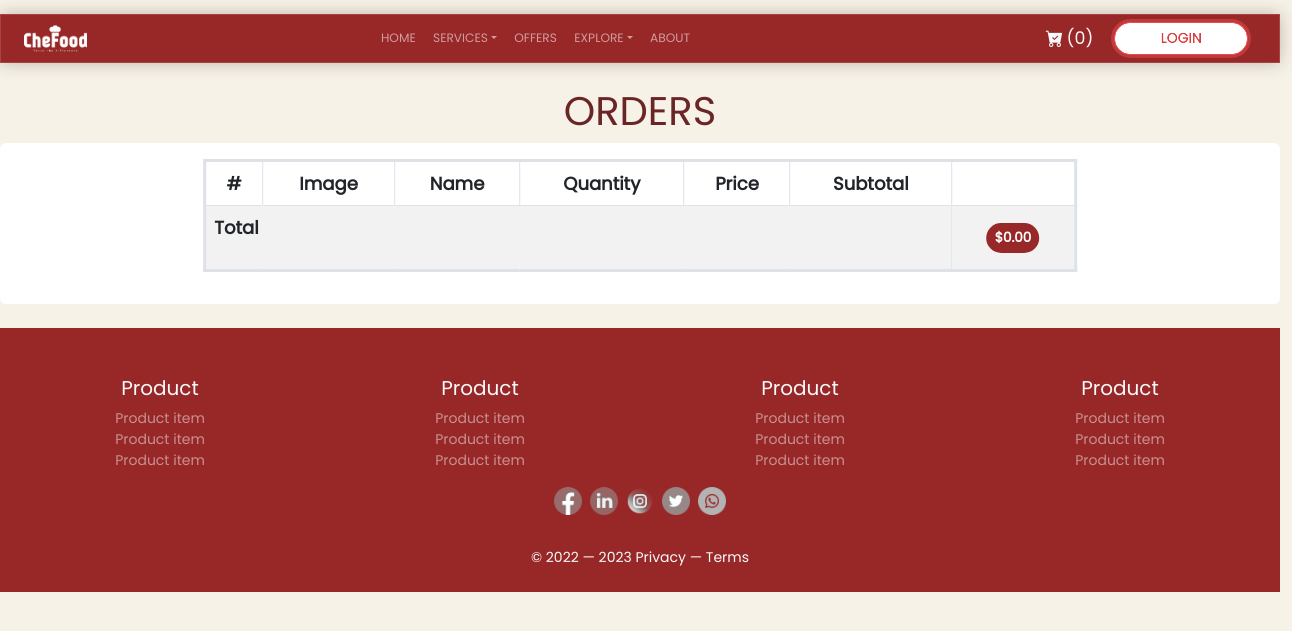
Repository: qamchamine/chefood
Page: /cart (app in front-end/)
The author's editor kept a copy of each file at every save. The page is drawn from the files as they stood at one save, then again after a run of saves.
The browser window is 1280 px wide. The page is 1292 px wide, so the pictures cover 1292 px, including what lies to the right of the window. The pictures show the whole page.
The project was rebuilt for these pictures with package versions that can differ from the ones it lists, and the page was loaded fresh each time. Some packages were replaced by stand-ins written for this rebuild. Also part of the build but not shown: front-end/src/css/products.css, front-end/src/components/small_components/ProductCard.jsx, front-end/src/components/small_components/AddProduct.jsx, front-end/src/components/pages/sub-pages/Products.jsx, front-end/src/components/small_components/ButtonMain.jsx, front-end/src/components/small_components/HomeCard.jsx, front-end/src/components/small_components/HomeCardFullSection.jsx, front-end/src/components/pages/Home.jsx and 33 more. Imported but missing from the stored project, and not drawn on this page: front-end/src/sounds/applause.mp3, front-end/src/sounds/wheel.mp3.

Above is the page before, as saved 2023-06-25 20:11:55.

After the next 2 saves:
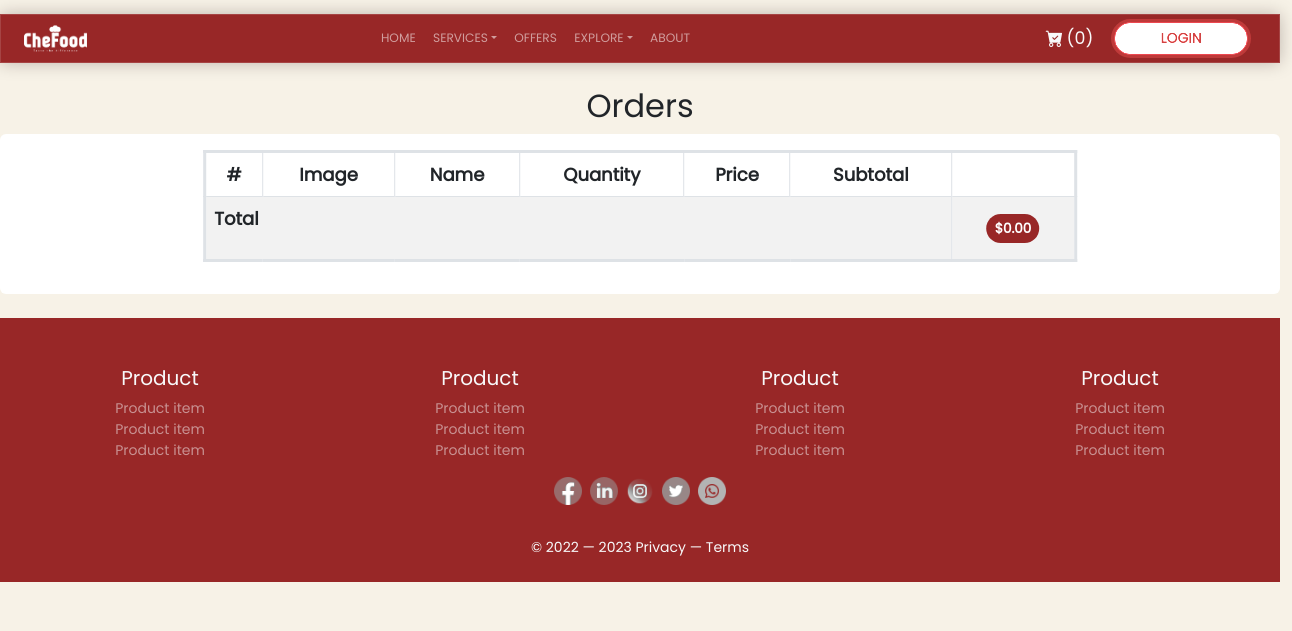
The 2 saves are shown as one change because they came seconds apart.
The last was saved 104 s later.
--- a/front-end/src/components/small_components/shopping/Cart.jsx
+++ b/front-end/src/components/small_components/shopping/Cart.jsx
@@ -20,7 +20,7 @@ export default function Cart() {
 
     return (
         <div className="row my-4 cart-page">
-            <h1 className='text-center'>Orders</h1>
+            <h2 className='text-center'>Orders</h2>
             <div className="col-md-12">
                 <div className="card">
                     <div className="card-body">
